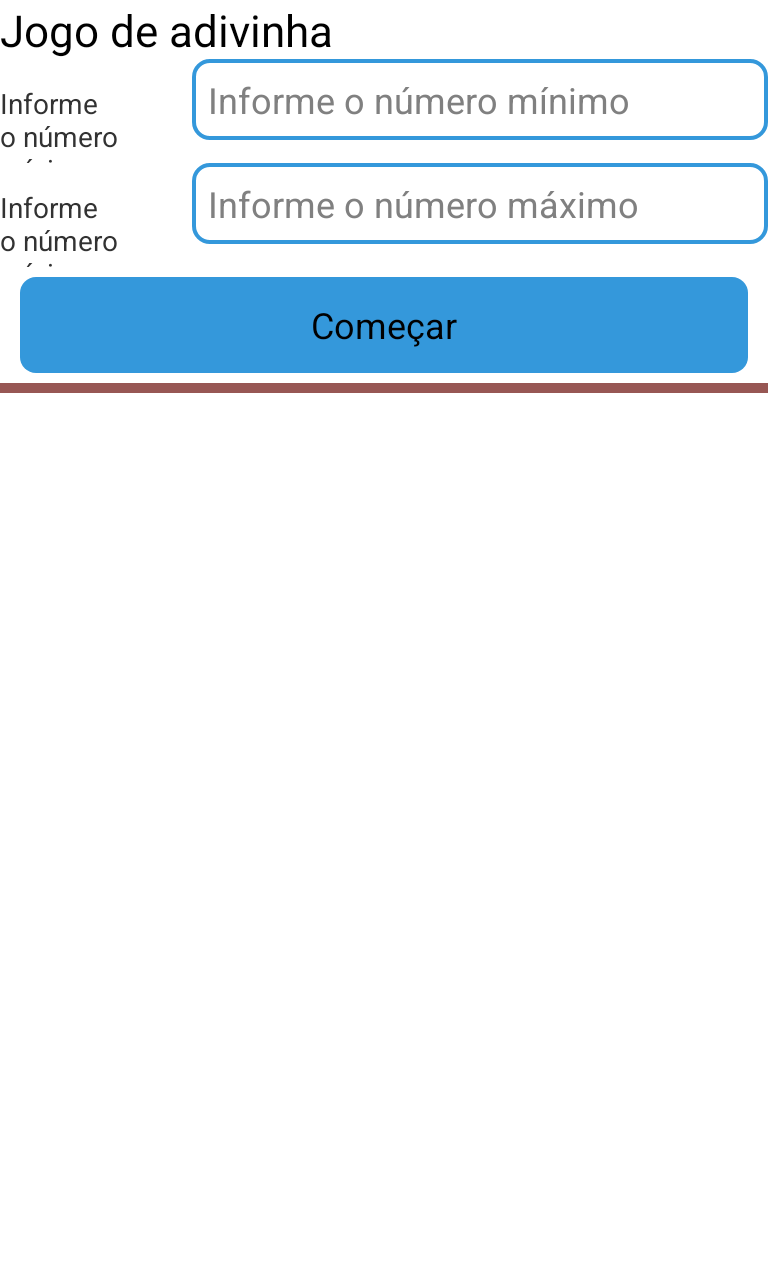
Repository: gokugohan/ddm
Layout: JogoDeAdivinha/res/layout/activity_inicial.xml
An editor plug-in stored every save of this project. The layout is shown before and after the next save, followed by the edit.
It is drawn on a 768 x 1280 px phone screen (xhdpi) without system bars, with theme AppTheme; the app's code is not run.

Above is the layout before, as saved 2014-11-07 11:35:50.

After the next save:
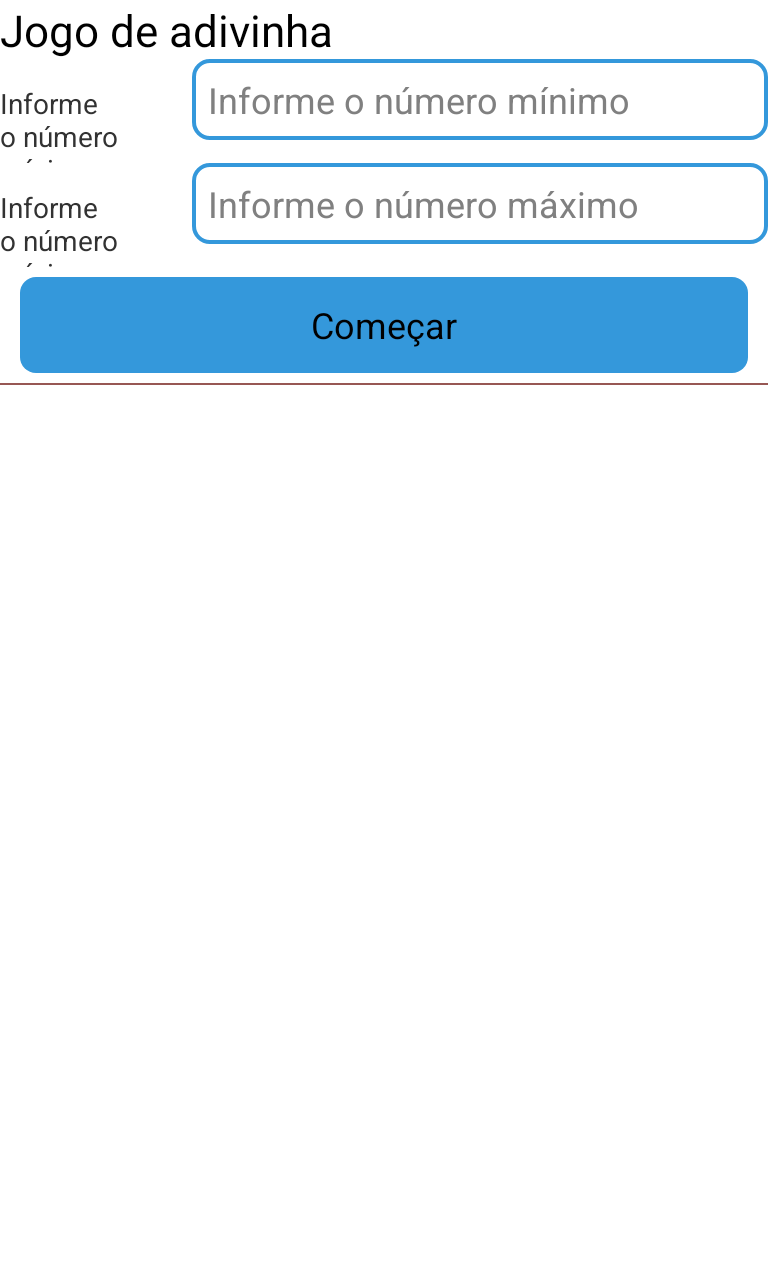
Saved 4 s later.
--- a/JogoDeAdivinha/res/layout/activity_inicial.xml
+++ b/JogoDeAdivinha/res/layout/activity_inicial.xml
@@ -70,7 +70,7 @@
    <View android:layout_width="match_parent"
        android:layout_marginTop="5dp"
        android:layout_marginBottom="5dp"
-       android:layout_height="5dp"
+       android:layout_height="1dp"
        android:background="#ff975754"/>
 
    <TextView android:id="@+id/id_tv_feedback"
